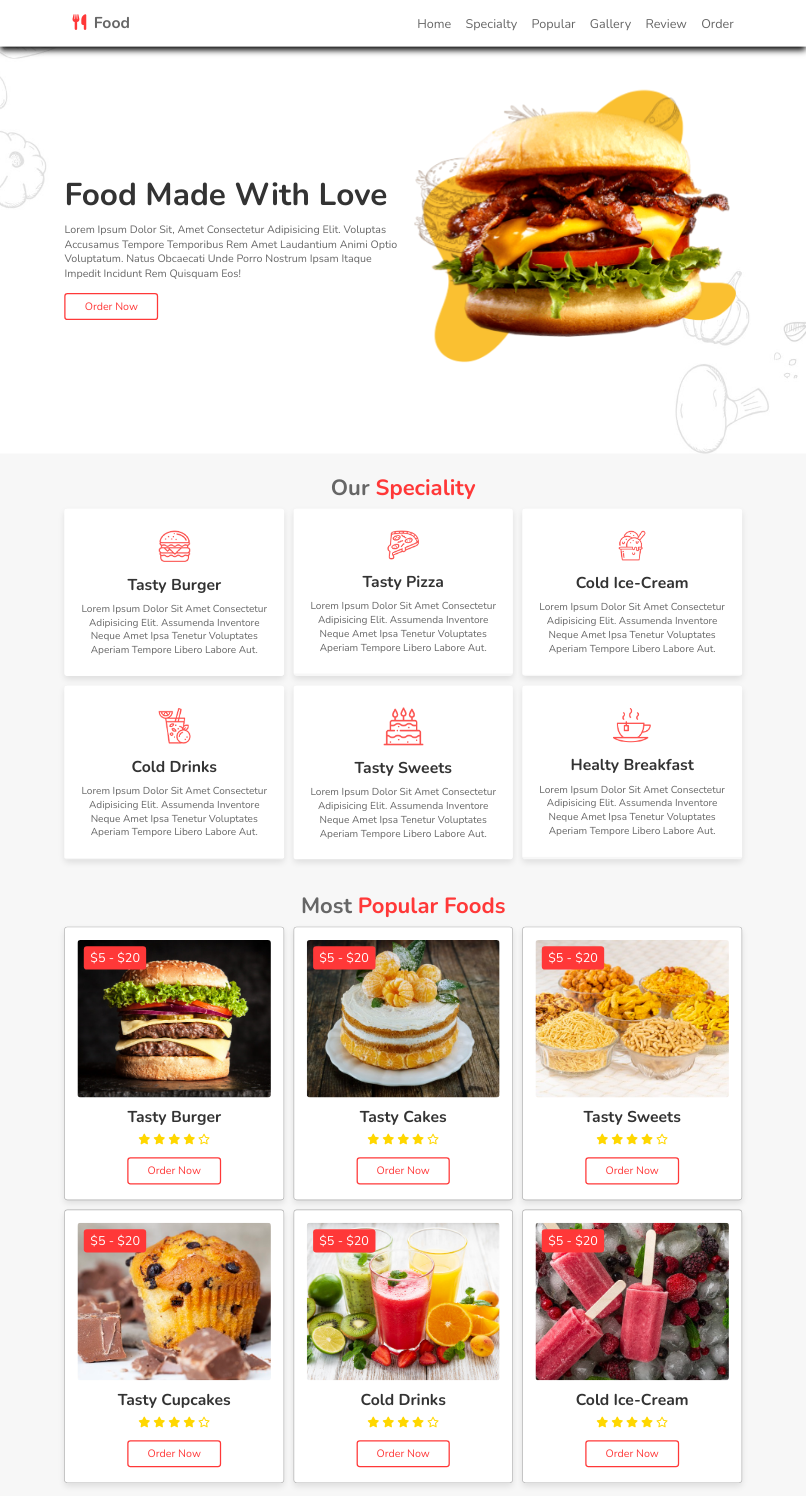
Repository: wenxi0504/ResturantApp-static-
Page: index.html
An editor plug-in stored every save of this project. The page is shown before and after the next save, followed by the edit.
The browser window is 1280 px wide. The pictures show the whole page, at 63% of full size.

Above is the page before, as saved 2022-01-10 00:22:45.
Console error: TypeError: Cannot read properties of null (reading 'classList')

### index.html
<!DOCTYPE html>
<html lang="en">
  <head>
    <meta charset="UTF-8" />
    <meta http-equiv="X-UA-Compatible" content="IE=edge" />
    <meta name="viewport" content="width=device-width, initial-scale=1.0" />
    <title>Maple Yip Seafood Restaurant</title>
    <!-- font awesome cnd link-->
    <link
      rel="stylesheet"
      href="https://cdnjs.cloudflare.com/ajax/libs/font-awesome/6.0.0-beta3/css/all.min.css"
    />
    <!--custom css link-->
    <link rel="stylesheet" href="./style.css" />
  </head>
  <body>
    <!--header section-->
    <header>
      <!-- current page-->
      <a href="#" class="logo"><i class="fas fa-utensils"></i> food </a>
      <div id="menu-bar" class="fas fa-bars"></div>
      <nav class="navbar">
        <a href="#home">Home</a>
        <a href="#speciality">Specialty</a>
        <a href="#popular">Popular</a>
        <a href="#gallery">gallery</a>
        <a href="#revire">Review</a>
        <a href="#order">Order</a>
      </nav>
    </header>
    <!-- header section ends-->
    <!--home section-->
    <section class="home" id="home">
      <div class="content">
        <h3>food made with love</h3>
        <p>
          Lorem ipsum dolor sit, amet consectetur adipisicing elit. Voluptas
          accusamus tempore temporibus rem amet laudantium animi optio
          voluptatum. Natus obcaecati unde porro nostrum ipsam itaque impedit
          incidunt rem quisquam eos!
        </p>
        <a href="#" class="btn">order now</a>
      </div>
      <div class="image">
        <img src="images/home-img.png" alt="home-img" />
      </div>
    </section>
    <!--home section ends-->

<!--Specialty section -->
<section class="speciality" id="speciality">
    <h1 class="heading">Our <span>Speciality</span></h1>
    <div class="box-container">
        <div class="box">
            <img class="image" src="images/s-img-1.jpg" alt="s-image">
            <div class="content">
                <img src="images/s-1.png" alt="s-1">
                <h3>tasty burger</h3>
                <p>Lorem ipsum dolor sit amet consectetur adipisicing elit. Assumenda inventore neque amet ipsa tenetur voluptates aperiam tempore libero labore aut.</p>
            </div>
        </div>
        <div class="box">
            <img class="image" src="images/s-img-2.jpg" alt="">
            <div class="content">
                <img src="images/s-2.png" alt="">
                <h3>tasty pizza</h3>
                <p>Lorem ipsum dolor sit amet consectetur adipisicing elit. Assumenda inventore neque amet ipsa tenetur voluptates aperiam tempore libero labore aut.</p>
            </div>
        </div>
        <div class="box">
            <img class="image" src="images/s-img-3.jpg" alt="">
            <div class="content">
                <img src="images/s-3.png" alt="">
                <h3>cold ice-cream</h3>
                <p>Lorem ipsum dolor sit amet consectetur adipisicing elit. Assumenda inventore neque amet ipsa tenetur voluptates aperiam tempore libero labore aut.</p>
            </div>
        </div>
        <div class="box">
            <img class="image" src="images/s-img-4.jpg" alt="">
            <div class="content">
                <img src="images/s-4.png" alt="">
                <h3>cold drinks</h3>
                <p>Lorem ipsum dolor sit amet consectetur adipisicing elit. Assumenda inventore neque amet ipsa tenetur voluptates aperiam tempore libero labore aut.</p>
            </div>
        </div>
        <div class="box">
            <img class="image" src="images/s-img-5.jpg" alt="">
            <div class="content">
                <img src="images/s-5.png" alt="">
                <h3>tasty sweets</h3>
                <p>Lorem ipsum dolor sit amet consectetur adipisicing elit. Assumenda inventore neque amet ipsa tenetur voluptates aperiam tempore libero labore aut.</p>
            </div>
        </div>
        <div class="box">
            <img class="image" src="images/s-img-6.jpg" alt="">
            <div class="content">
                <img src="images/s-6.png" alt="">
                <h3>healty breakfast</h3>
                <p>Lorem ipsum dolor sit amet consectetur adipisicing elit. Assumenda inventore neque amet ipsa tenetur voluptates aperiam tempore libero labore aut.</p>
            </div>
        </div>
    </div>
</section>
<!--Specialty section ends-->
<!--popular section-->
<section class="popular" id="popular">
    <h1 class="heading">most <span>popular foods</span></h1>
<div class="box-container">
    <div class="box">
        <span class="price"> $5 - $20 </span>
        <img src="images/p-1.jpg" alt="">
        <h3>tasty burger</h3>
        <div class="stars">
            <i class="fas fa-star"></i>
            <i class="fas fa-star"></i>
            <i class="fas fa-star"></i>
            <i class="fas fa-star"></i>
            <i class="far fa-star"></i>
        </div>
        <a href="#" class="btn">order now</a>
    </div>
    <div class="box">
        <span class="price"> $5 - $20 </span>
        <img src="images/p-2.jpg" alt="">
        <h3>tasty cakes</h3>
        <div class="stars">
            <i class="fas fa-star"></i>
            <i class="fas fa-star"></i>
            <i class="fas fa-star"></i>
            <i class="fas fa-star"></i>
            <i class="far fa-star"></i>
        </div>
        <a href="#" class="btn">order now</a>
    </div>
    <div class="box">
        <span class="price"> $5 - $20 </span>
        <img src="images/p-3.jpg" alt="">
        <h3>tasty sweets</h3>
        <div class="stars">
            <i class="fas fa-star"></i>
            <i class="fas fa-star"></i>
            <i class="fas fa-star"></i>
            <i class="fas fa-star"></i>
            <i class="far fa-star"></i>
        </div>
        <a href="#" class="btn">order now</a>
    </div>
    <div class="box">
        <span class="price"> $5 - $20 </span>
        <img src="images/p-4.jpg" alt="">
        <h3>tasty cupcakes</h3>
        <div class="stars">
            <i class="fas fa-star"></i>
            <i class="fas fa-star"></i>
            <i class="fas fa-star"></i>
            <i class="fas fa-star"></i>
            <i class="far fa-star"></i>
        </div>
        <a href="#" class="btn">order now</a>
    </div>
    <div class="box">
        <span class="price"> $5 - $20 </span>
        <img src="images/p-5.jpg" alt="">
        <h3>cold drinks</h3>
        <div class="stars">
            <i class="fas fa-star"></i>
            <i class="fas fa-star"></i>
            <i class="fas fa-star"></i>
            <i class="fas fa-star"></i>
            <i class="far fa-star"></i>
        </div>
        <a href="#" class="btn">order now</a>
    </div>
    <div class="box">
        <span class="price"> $5 - $20 </span>
        <img src="images/p-6.jpg" alt="">
        <h3>cold ice-cream</h3>
        <div class="stars">
            <i class="fas fa-star"></i>
            <i class="fas fa-star"></i>
            <i class="fas fa-star"></i>
            <i class="fas fa-star"></i>
            <i class="far fa-star"></i>
        </div>
        <a href="#" class="btn">order now</a>
    </div>
</div>
</section>
<!--popular section ends-->
    <!--custom js file link-->
    <script src="script.js"></script>
  </body>
</html>

### style.css
@import url('https://fonts.googleapis.com/css2?family=Nunito:wght@200;300;400;600;700&display=swap');

:root{
--red:#ff3838;
}
 /* match everything */
*{
    font-family: 'Nunito', sans-serif;
    margin:0;
    padding:0;
    box-sizing:border-box;
    outline:none;
    border:none;
    text-decoration: none;
    /* text 大小写 */
    text-transform: capitalize;
    transition: all .2s linear;
}

/* the part that the user choose to highlight */
*::selection{
    background:var(--red);
    color:#fff;
  }

html{
    font-size: 62.5%;
    overflow-x: hidden;
    scroll-behavior: smooth;
    scroll-padding-top:6rem;
}

body{
    background: #f7f7f7;
}

header{
    position:fixed;
    top:0;
    left:0;
    right: 0;
    z-index:1000;
    display: flex;
    align-items: center;
    justify-content: space-between;
    background:#fff;
    padding:2rem 9%;
    box-shadow: 0 .5rem 1rem rgba(0,0,0,1);

}

header .logo{
    font-size:2.5rem;
    font-weight: bolder;
    color:#666;
}

header .logo i{
    padding-right: .5rem;
    color:var(--red);
}

header .navbar a{
    font-size: 2rem;
    margin-left: 2rem;
    color:#666;
  }

header .navbar a:hover{

    color:var(--red);
}

#menu-bar{

    font-size:3rem;
    cursor:pointer;
    color:#666;
    border:.1rem solid #666;
    border-radius: .3rem;
    padding:.5rem 1.5rem;
    display: none;
}
/* section part  */
section{
  padding: 2rem 8%;
}

.home{
  display:flex;
  flex-wrap: wrap;
  gap:1.5rem;
  min-height:100vh;
  align-items:center;
  background:url(./images/home-bg.jpg) no-repeat;
  background-size:cover;
  background-position: center;
}

.home .content{
  flex: 1 1 40rem;
  padding-top: 6.5rem;
}

.home .image{
  flex: 1 1 40rem;
}

/* image floating upside-down */
.home .image img{
  width:100%;
  padding:1rem;
  animation:float 3s linear infinite;
}

@keyframes float{
  0%, 100%{
    transform:translateY(0rem);
  }
  50%{
    transform:translateY(3rem);
  }
}

.home .content h3{
font-size: 5rem;
color:#333;
}

.home .content p{
  font-size: 1.7rem;
  color:#666;
  padding:1rem 0;
}

/* order button */
.btn{
  display: inline-block;
  padding:.8rem 3rem;
  border:.2rem solid var(--red);
  color:var(--red);
  cursor: pointer;
  font-size:1.7rem;
  border-radius:.5rem;
  position: relative;
  overflow: hidden;
  z-index: 0;
  margin-top: 1rem;
}

.btn::before{
  content: '';
  position: absolute;
  top:0; right: 0;
  width:0%;
  height:100%;
  background:var(--red);
  transition: .3s linear;
  z-index: -1;
}

.btn:hover::before{
  width:100%;
  left:0;
}

.btn:hover{
  color:#fff;
}

/* Speciality */
/* Our Speciality */
.heading{
  text-align:center;
  font-size:3.5rem;
  padding:1rem;
  color:#666
}

.heading span{
  color:var(--red);
}

/* top layout */
.speciality .box-container{
  display: flex;
  /* Make flexbox elements break when necessary */
  flex-wrap: wrap;
  gap:1.5rem;
}

.speciality .box-container .box{
  flex:1 1 30rem;
  position: relative;
  overflow: hidden;
  box-shadow: 0 .5rem 1rem rgba(0,0,0,.1);
  cursor: pointer;
  border-radius:.5rem;

}

.speciality .box-container .box .image{
  height: 100%;
  width: 100%;
  object-fit: cover;
  position: absolute;
  top:-100%;
  left:0;
}

.speciality .box-container .box .content{
  text-align: center;
  background:#fff;
  padding:2rem;
}

.speciality .box-container .box .content img{
  margin:1.5rem 0;
}

.speciality .box-container .box .content h3{
  font-size: 2.5rem;
  color:#333;
}

.speciality .box-container .box .content p{
  font-size: 1.6rem;
  color:#666;
  padding:1rem 0;
}

.speciality .box-container .box:hover .image{
  top:0;
}

.speciality .box-container .box:hover .content{
  transform: translateY(100%);
}

/* popular section */
.popular .box-container{
  display: flex;
  flex-wrap: wrap;
  gap:1.5rem;
}

.popular .box-container .box{
  padding:2rem;
  background:#fff;
  box-shadow: 0 .5rem 1rem rgba(0,0,0,.1);
  border:.1rem solid rgba(0,0,0,.3);
  border-radius: .5rem;
  text-align: center;
  flex:1 1 30rem;
  position: relative;
}

.popular .box-container .box img{
  height:25rem;
  object-fit: cover;
  width:100%;
  border-radius: .5rem;
}

.popular .box-container .box .price{
  position: absolute;
  top:3rem; left:3rem;
  background:var(--red);
  color:#fff;
  font-size: 2rem;
  padding:.5rem 1rem;
  border-radius: .5rem;
}

.popular .box-container .box h3{
  color:#333;
  font-size: 2.5rem;
  padding-top: 1rem;
}

.popular .box-container .box .stars i{
  color:gold;
  font-size: 1.7rem;
  padding:1rem .1rem;
}




/* media queries for different devices */


@media(max-width:991px){

    html{
      font-size: 55%;
    }

    header{
      padding:2rem;
    }

    section{
      padding:2rem;
    }

  }

  @media(max-width:768px){

    #menu-bar{
      display: initial;
    }

    header .navbar{
      position: absolute;
      top:100%; left: 0; right:0;
      background: #f7f7f7;
      border-top: .1rem solid rgba(0,0,0,.1);
      clip-path: polygon(0 0, 100% 0, 100% 0%, 0 0);
    }

    header .navbar.active{
      clip-path: polygon(0 0, 100% 0, 100% 100%, 0% 100%);
    }

    header .navbar a{
      margin: 1.5rem;
      padding:1.5rem;
      display: block;
      border:.2rem solid rgba(0,0,0,.1);
      border-left:.5rem solid var(--red);
      background:#fff;

    }

  }


  @media(max-width:450px){

    html{
      font-size: 50%;
    }

    .order .row form .inputBox input{
      width:100%;}
    }

### script.js
let menu= document.querySelector('#menu-bar');
let navbar=document.querySelector('.navbar');

menu.onclick=()=>{
    // 'fa-time' is "X" icon
    menu.classList.toggle('fa-times');
    navbar.classList.toggle('active');
}

window.onscroll= () =>{
    menu.classList.remove('fa-times');
    navbar.classList.remove('active');

    if(window.scrollY>60)
    {
        document.querySelector('#scroll-top').classList.add('active');
    }
    else
    {   document.querySelector('#scroll-top').classList.remove('active');

    }
}

After the next save:
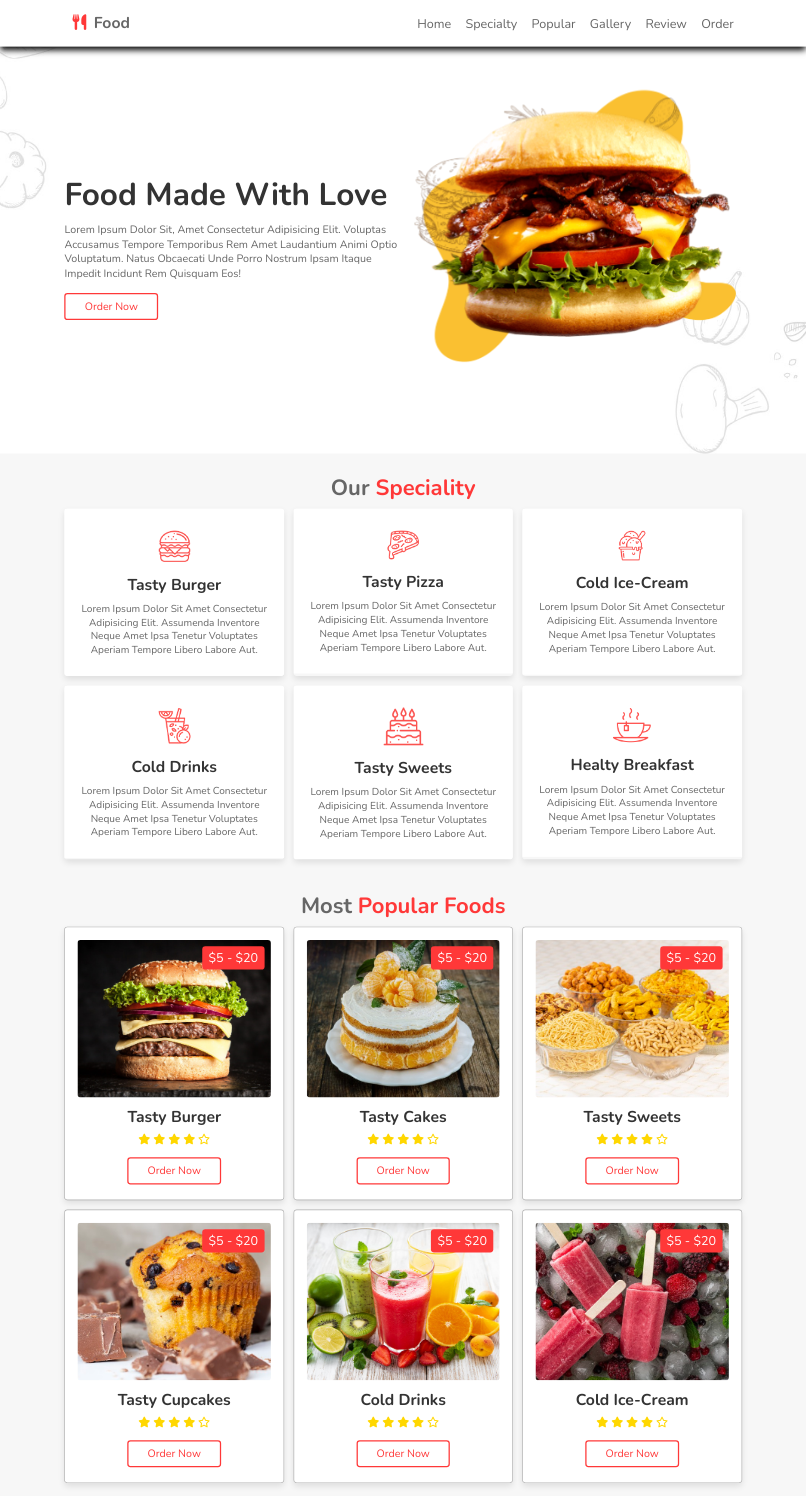
Saved 33 s later.
--- a/style.css
+++ b/style.css
@@ -264,7 +264,7 @@
 
 .popular .box-container .box .price{
   position: absolute;
-  top:3rem; left:3rem;
+  top:3rem; right:3rem;
   background:var(--red);
   color:#fff;
   font-size: 2rem;

After the save that followed:
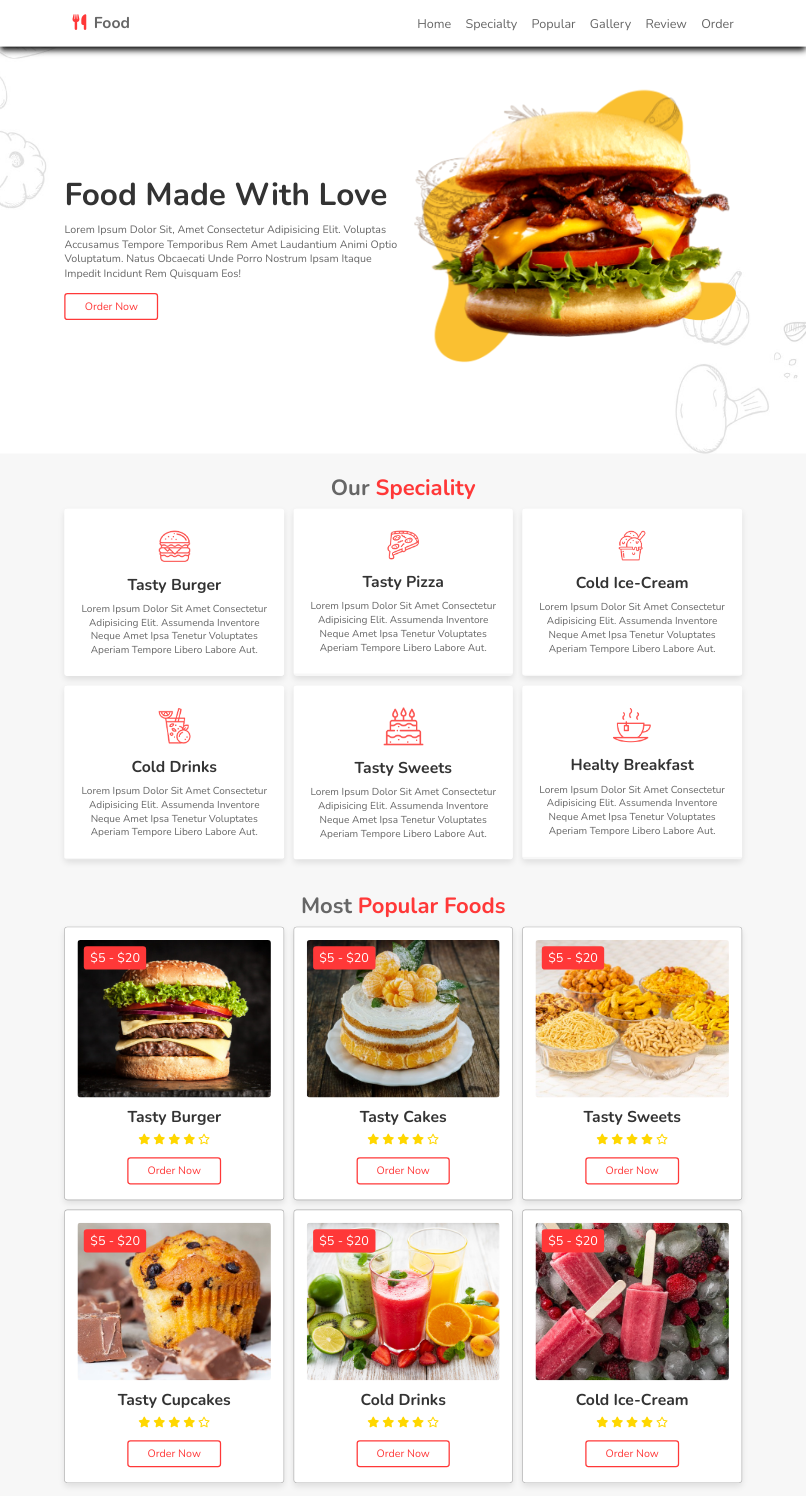
Saved 15 s later.
--- a/style.css
+++ b/style.css
@@ -264,7 +264,7 @@
 
 .popular .box-container .box .price{
   position: absolute;
-  top:3rem; right:3rem;
+  top:3rem; left:3rem;
   background:var(--red);
   color:#fff;
   font-size: 2rem;
